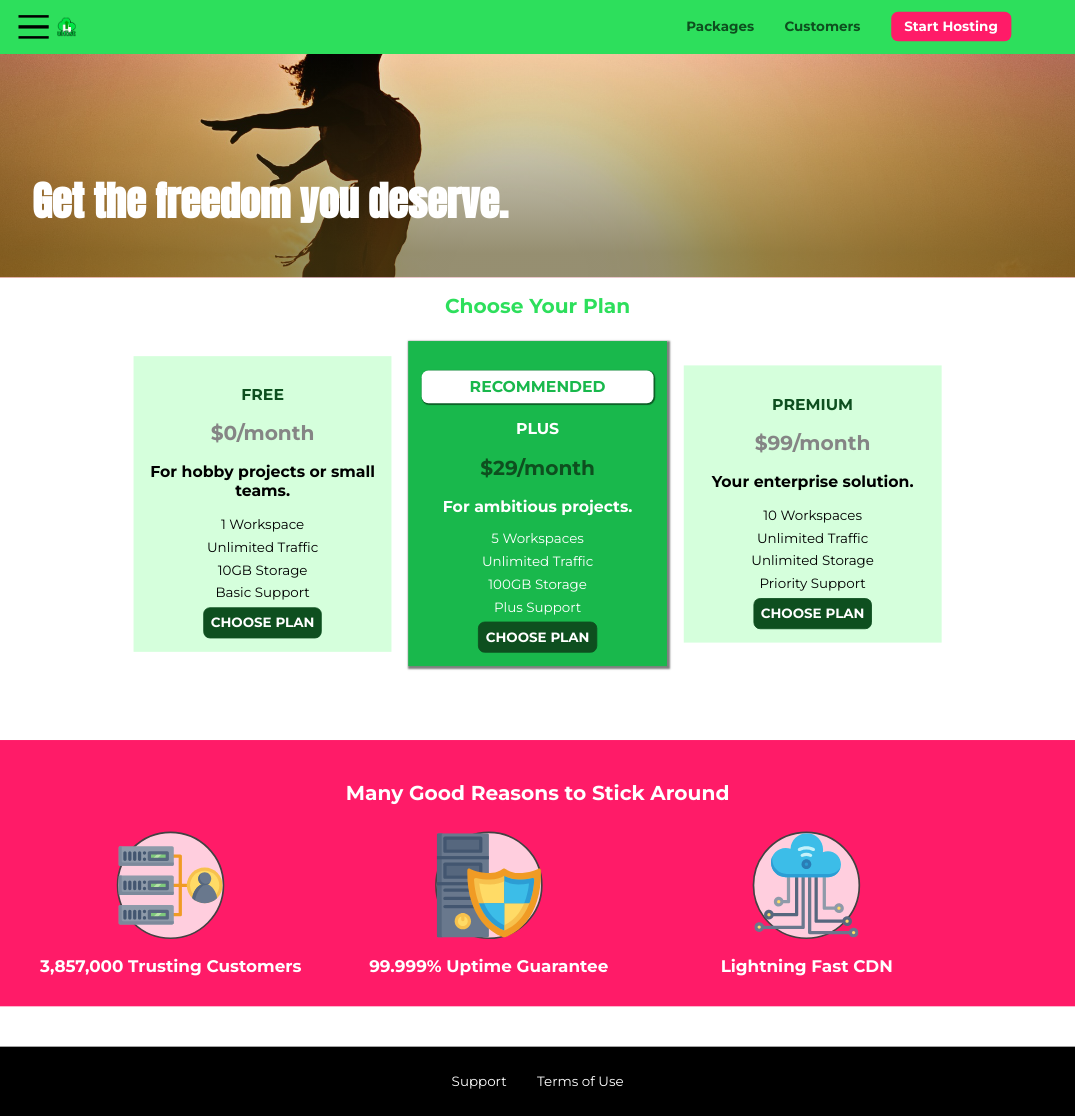
Repository: luacooli/css-course
Page: my_project/index.html
An editor plug-in stored every save of this project. The page is shown before and after the next save, followed by the edit.
The browser window is 1280 px wide. The pictures show the whole page, at 84% of full size.

Above is the page before, as saved 2020-09-15 07:12:15.

After the next save:
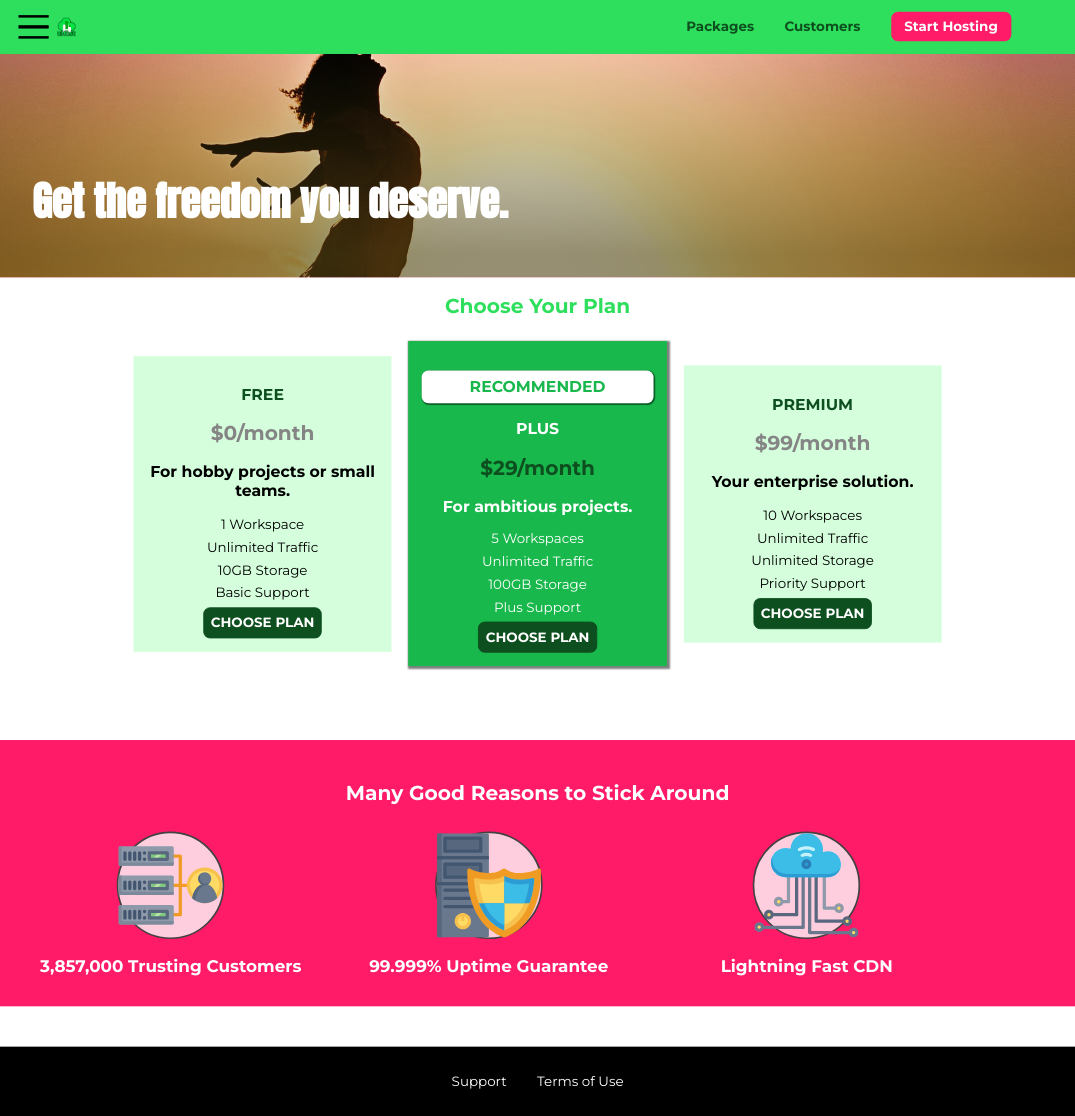
Saved 2 min 21 s later.
--- a/my_project/main.css
+++ b/my_project/main.css
@@ -29,6 +29,7 @@
 @media (min-width: 40rem) {
   #product-overview {
     height: 40vh;
+    background-position: 50% 25%;
   }
 
   #product-overview h1 {
